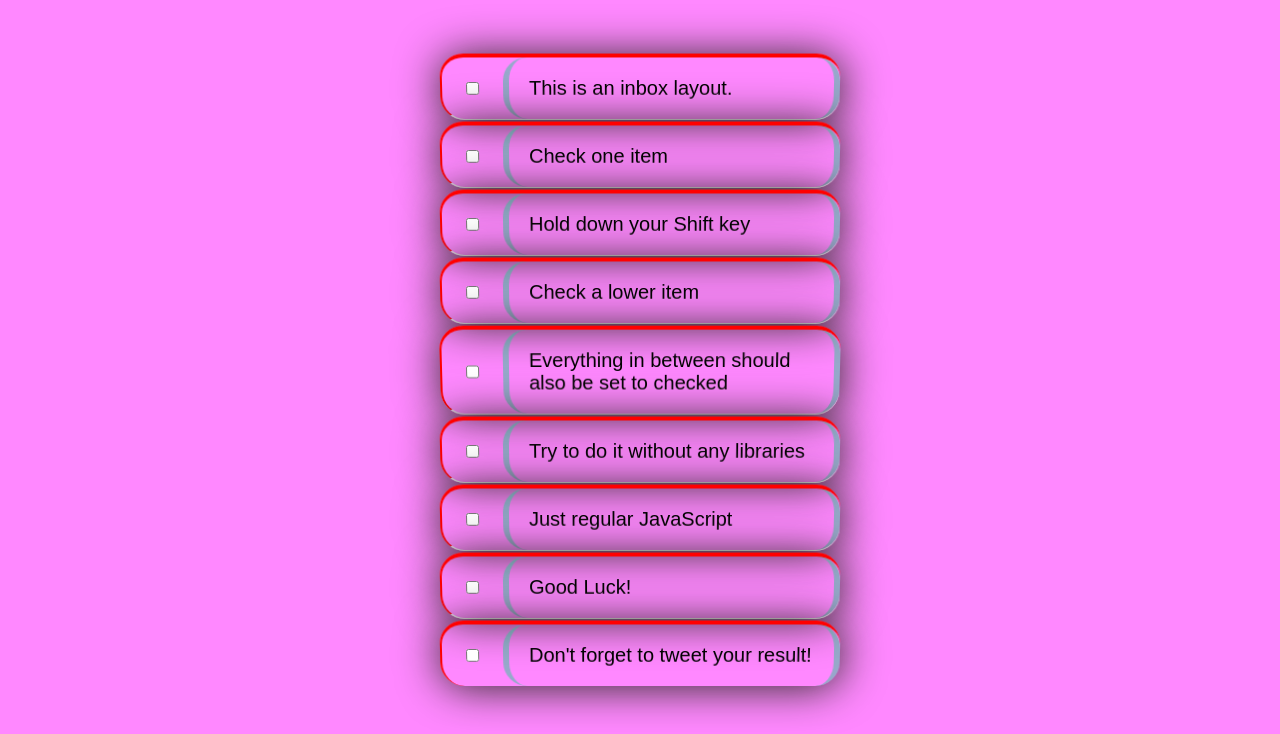
Repository: Freezler/Shift-Select-Checkboxes
Page: index.html
These files come from the project's save history. The page is drawn as it stood at one moment and after the next save; the edit follows.
The browser window is 1280 px wide. The pictures show the whole page.

Above is the page before, as saved 2024-09-07 22:31:35.

After the next save:
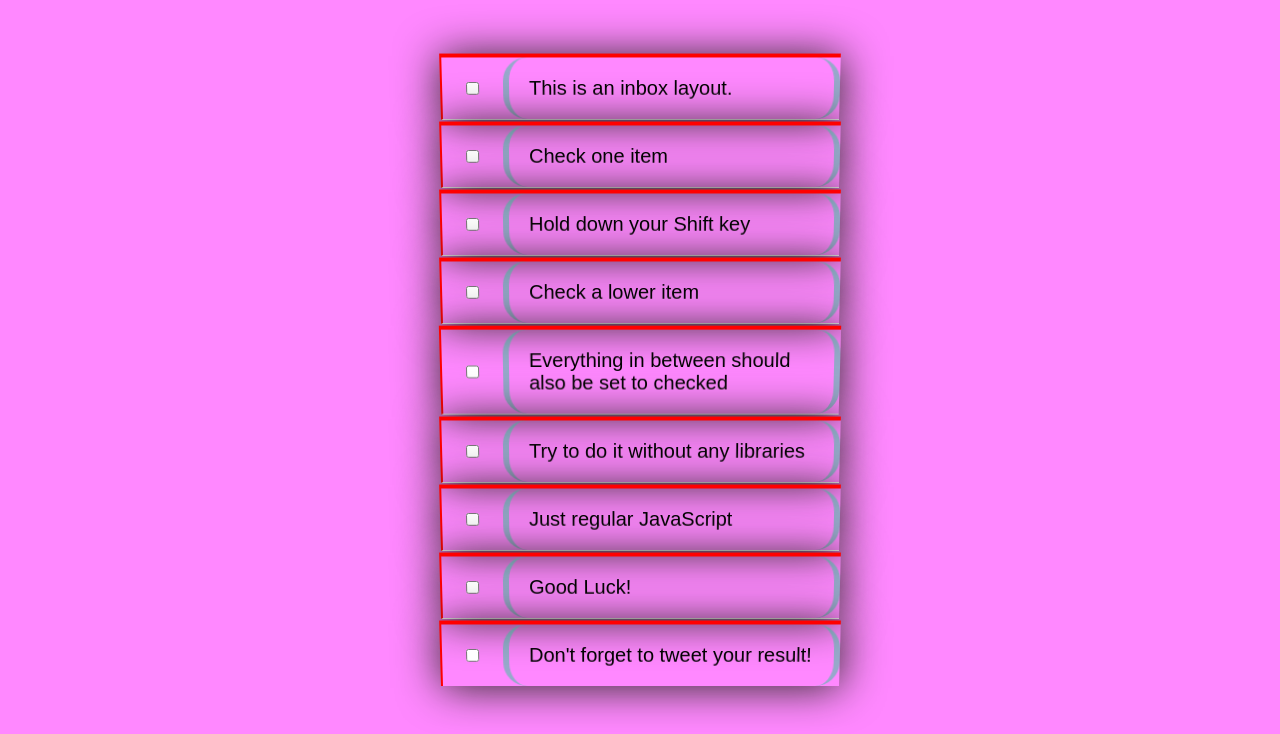
Saved 26 s later.
--- a/index.html
+++ b/index.html
@@ -26,7 +26,7 @@
     }
 
     .item {
-      border-radius: 24px;
+
       display: flex;
       transition: all 0.2s ease-in-out;
       border-inline-start: 2px solid red;
